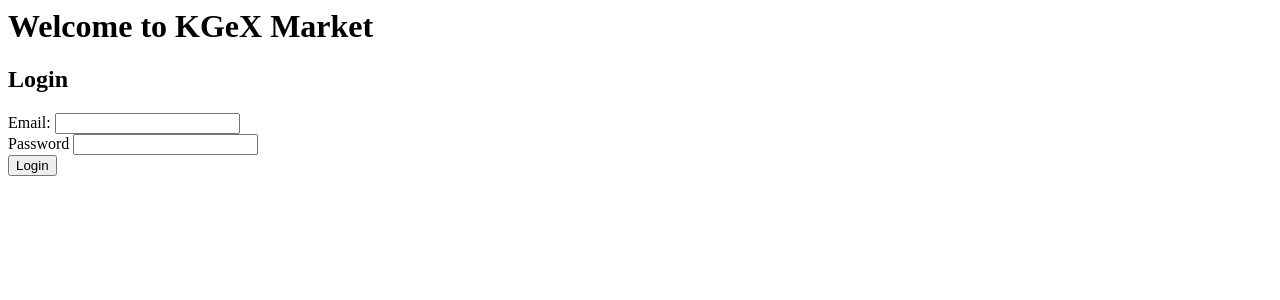
Repository: Keko1/market
Page: http://localhost/Market/LoginController
An editor plug-in stored every save of this project. The page is shown before and after the next save, followed by the edit.
The browser window is 1280 px wide. The pictures show the whole page.
The page is served by Tomcat 9. Queries for data that is not in the repository find no rows.

Above is the page before, as saved 2021-02-10 12:56:33.

After the next save:
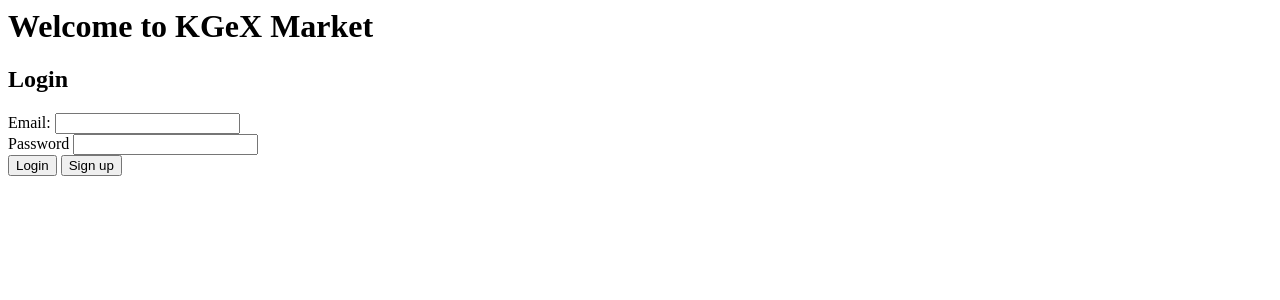
Saved 2 min 27 s later.
--- a/Market/WebContent/login.jsp
+++ b/Market/WebContent/login.jsp
@@ -13,5 +13,7 @@
   		  <label class="col-md-2">Password</label class="col-md-2">
   		  <input class="input" type="password" id="pass" name="pass"><br>
   		  <button class="btn btn-success" type="submit">Login</button>
+  		  <form method="get" action="home.jsp" >
+  		  <button class="btn btn-success" type="submit">Sign up</button>
 </body>
 </html>
